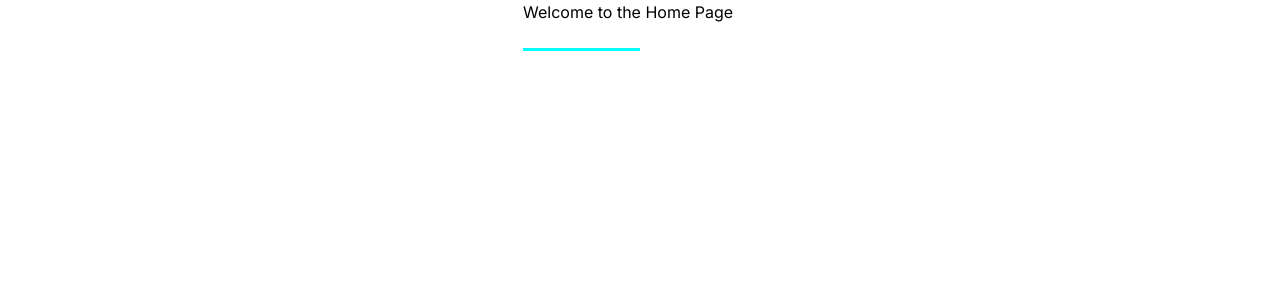
Repository: drumsmanku/chip-app
Page: /
These files come from the project's save history. The page is drawn as it stood at one moment and after the next save; the edit follows.
The browser window is 1280 px wide. The pictures show the whole page.
The project was rebuilt for these pictures with package versions that can differ from the ones it lists, and the page was loaded fresh each time. The framework's server and built-in components were replaced by stand-ins that run in the browser. Also part of the build but not shown: next.config.js, components/Chip/Chip.module.css, components/Chip/Chip.tsx.

Above is the page before, as saved 2024-01-16 19:20:23.

### app/page.tsx
import Image from 'next/image'
import HomePage from '@/pages/HomePage'

export default function Home() {
  return (
    <main className="flex min-h-screen flex-col items-center justify-between bg-white text-black">
      <HomePage/>
    </main>
  )
}

### pages/HomePage.tsx
import React from 'react';
import ChipInput from '@/components/ChipInput/ChipInput';


const HomePage: React.FC = () => {
  const availableSuggestions = ["Alice", "Bob", "Charlie", "Dave"];
  return (
    <div>
      <h1>Welcome to the Home Page</h1>
      <ChipInput availableSuggestions={availableSuggestions} />
    </div>
  );
};

export default HomePage;

### components/ChipInput/ChipInput.tsx
"use client";
import React, { useState } from 'react';
import Chip from '../Chip/Chip';
import styles from './ChipInput.module.css';

interface ChipInputProps {
  availableSuggestions: string[];
}

const ChipInput: React.FC<ChipInputProps> = ({ availableSuggestions }) => {
  const [chips, setChips] = useState<string[]>([]);
  const [input, setInput] = useState('');
  const [filteredSuggestions, setFilteredSuggestions] = useState<string[]>(availableSuggestions);
  const [highlightedChipIndex, setHighlightedChipIndex] = useState<number | null>(null);
  const [isInputFocused, setInputFocused] = useState(false);
  const [isSelectingSuggestion, setSelectingSuggestion] = useState(false);


  const handleInputChange = (e: React.ChangeEvent<HTMLInputElement>) => {
    const value = e.target.value;
    setInput(value);
    setFilteredSuggestions(availableSuggestions.filter(s => s.toLowerCase().includes(value.toLowerCase()) && !chips.includes(s)));
    setHighlightedChipIndex(null);
  };

  const handleDeleteChip = (chipToDelete: string) => {
    setChips(chips.filter(chip => chip !== chipToDelete));
    setFilteredSuggestions([chipToDelete, ...filteredSuggestions]);
    setInputFocused(false)
  };

  const handleSelectSuggestion = (suggestion: string) => {
    if (!chips.includes(suggestion)) {
      setChips([...chips, suggestion]);
      setInput('');
      setFilteredSuggestions(filteredSuggestions.filter(s => s !== suggestion));
      setHighlightedChipIndex(null);
    }
  };

  const handleKeyDown = (e: React.KeyboardEvent) => {
    if (e.key === 'Backspace' && input === '') {
      if (highlightedChipIndex === null) {
        setHighlightedChipIndex(chips.length - 1);
      } else if (highlightedChipIndex === chips.length - 1) {
        const chipToRemove = chips[highlightedChipIndex];
        handleDeleteChip(chipToRemove);
      }
    }
  };

  return (
    <div className={styles.chipInput}>
      <div className={styles.chipContainer}>
        {chips.map((chip, index) => (
          <Chip
            key={index}
            label={chip}
            onDelete={() => handleDeleteChip(chip)}
            isHighlighted={index === highlightedChipIndex}
          />
        ))}
        <input
          type="text"
          className={styles.input}
          value={input}
          onChange={handleInputChange}
          onKeyDown={handleKeyDown}
          onFocus={() => {
            setInputFocused(true);
            setFilteredSuggestions(
              availableSuggestions.filter(s =>
                s.toLowerCase().includes(input.toLowerCase()) && !chips.includes(s)
              )
            );
          }}
          onBlur={() => {
            // Only hide suggestions if a suggestion is not currently being selected.
            if (!isSelectingSuggestion) {
              setInputFocused(false);
            }
            setHighlightedChipIndex(null);
          }}
        />


      </div>
      {isInputFocused && filteredSuggestions.length > 0 && (
        <div className={styles.suggestions}>
          {filteredSuggestions.map((suggestion, index) => (
            <div
            key={index}
            className={styles.suggestionItem}
            onMouseDown={() => {
              setSelectingSuggestion(true); // Set this before focusing the input
            }}
            onClick={() => {
              handleSelectSuggestion(suggestion);
              setInputFocused(true);
              setSelectingSuggestion(false); // Reset after the suggestion is selected
            }}
          >
            {suggestion}
          </div>

          ))}
        </div>
      )}

    </div>
  );
};

export default ChipInput;

### components/ChipInput/ChipInput.module.css
.chipInput{
  color: black;
  height: 100%;
  width: 100%;
}

.chipContainer{
  width: 100%;
  display: flex;
}

.input{
  outline: none;
  border-top: none;
  border-left: none;
  border-right: none;
  border-bottom: 3px solid cyan;
  width: 50%;
}

Loaded but not shown: app/layout.tsx (common file); app/globals.css (common file); tailwind.config.ts (common file)

After the next save:
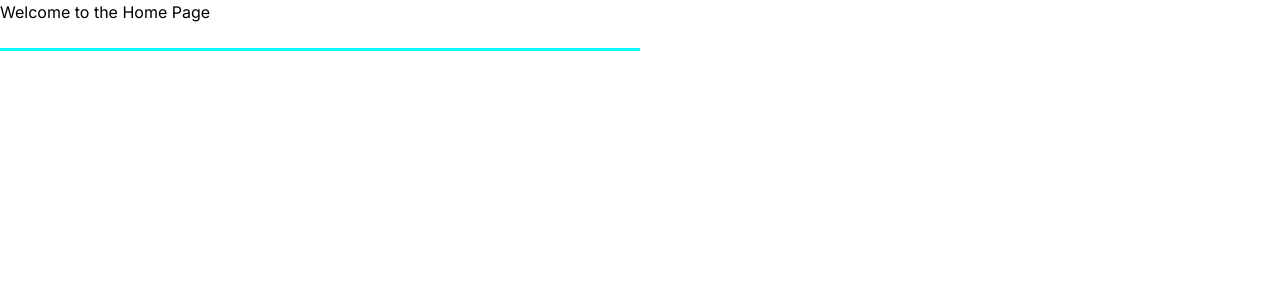
Saved 61 s later.
--- a/pages/HomePage.tsx
+++ b/pages/HomePage.tsx
@@ -5,7 +5,7 @@ import ChipInput from '@/components/ChipInput/ChipInput';
 const HomePage: React.FC = () => {
   const availableSuggestions = ["Alice", "Bob", "Charlie", "Dave"];
   return (
-    <div>
+    <div className=' w-[100%]'>
       <h1>Welcome to the Home Page</h1>
       <ChipInput availableSuggestions={availableSuggestions} />
     </div>
